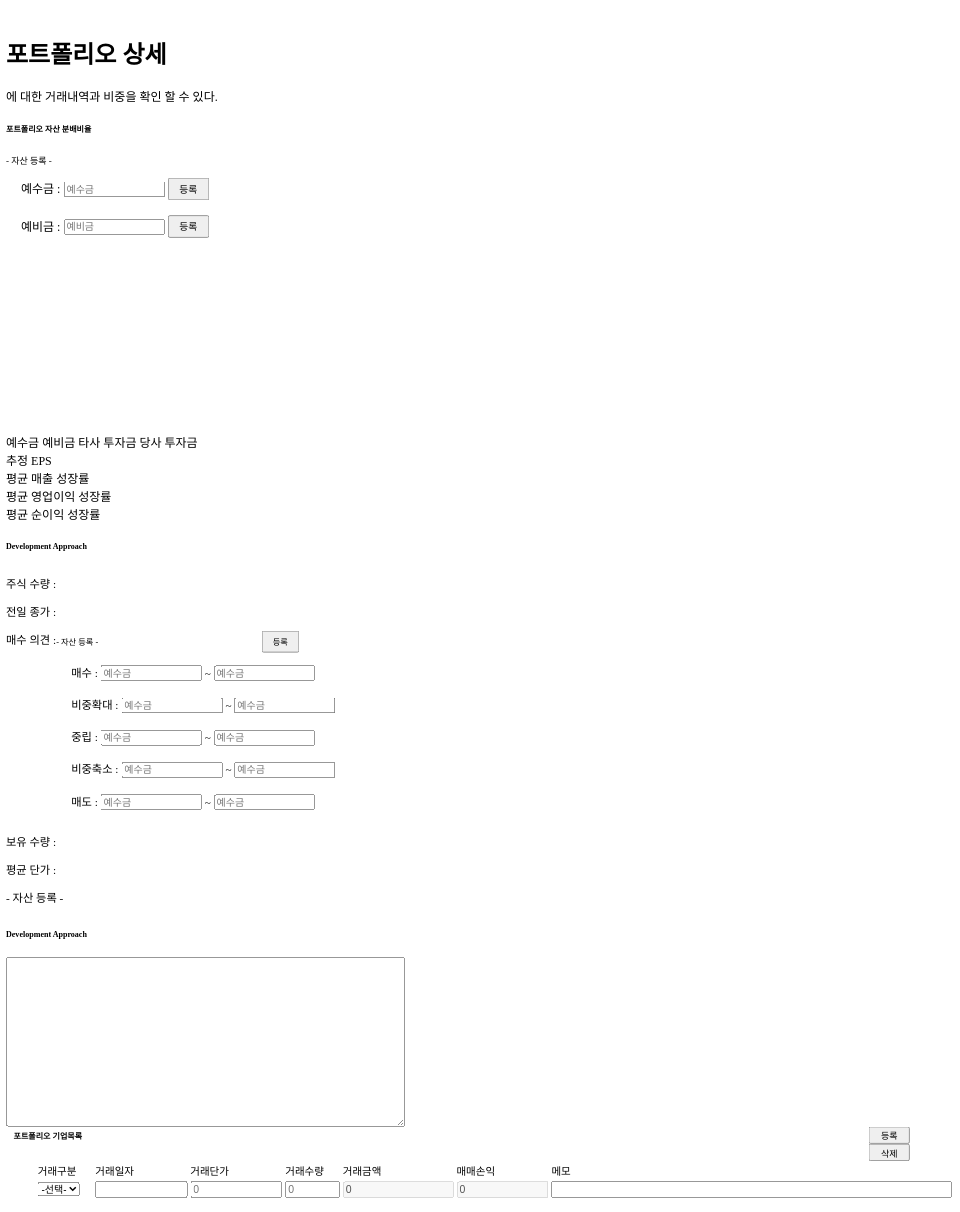
Repository: bangProgram/PJT_Finance
Page: http://localhost/Finance/WEB-INF/views/portfolio/portfolioDetail.jsp
These files come from the project's save history. The page is drawn as it stood at one moment and after the next save; the edit follows.
The browser window is 1280 px wide. The pictures show the whole page, at 75% of full size.
The page is served by Tomcat 9. Nobody is signed in. The template is opened directly, without the code that normally fills it, so the values that code supplies are empty.

Above is the page before, as saved 2022-11-17 06:36:07.

After the next save:
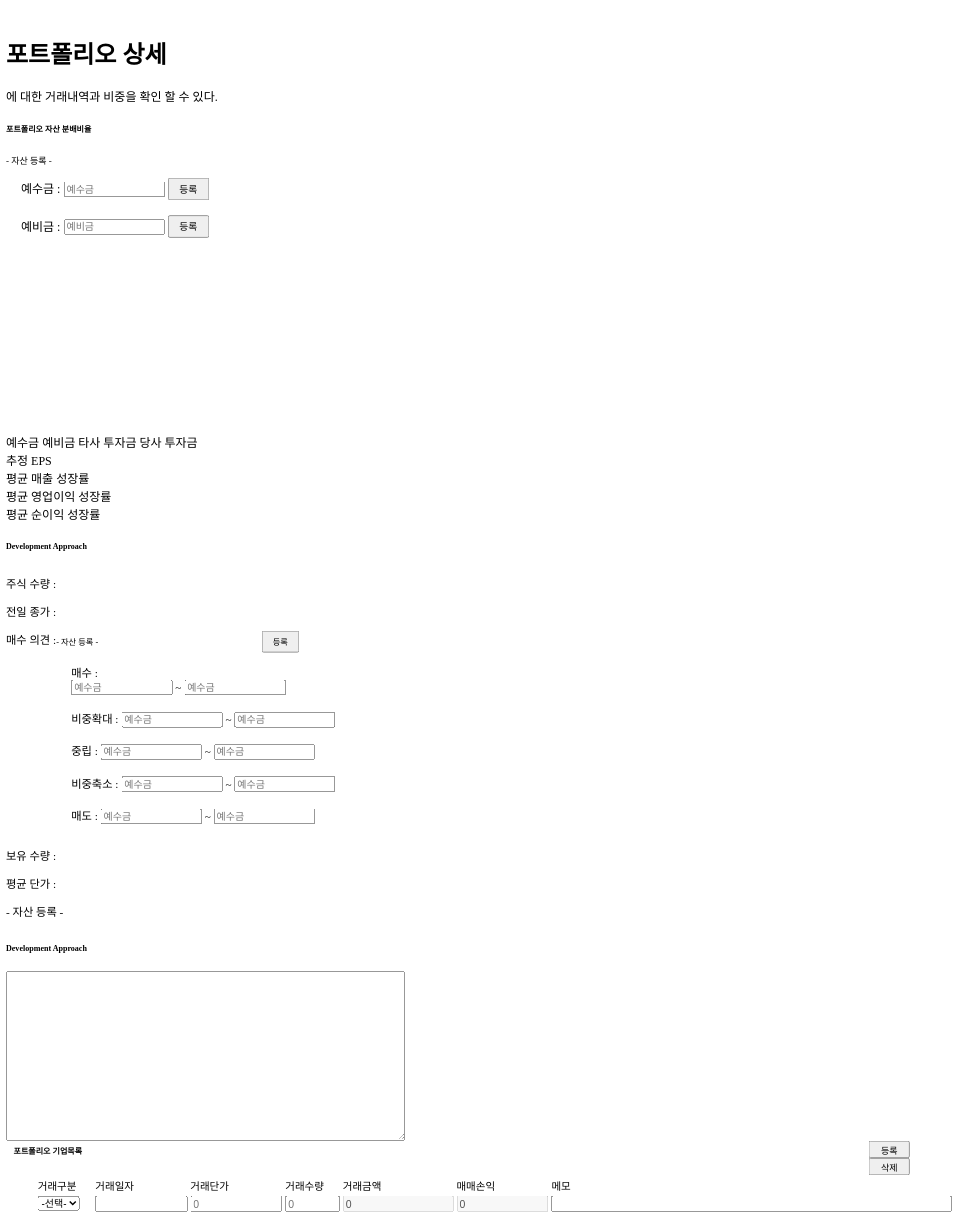
Saved 50 s later.
--- a/Finance/src/main/webapp/WEB-INF/views/portfolio/portfolioDetail.jsp
+++ b/Finance/src/main/webapp/WEB-INF/views/portfolio/portfolioDetail.jsp
@@ -236,9 +236,13 @@
 			                    <div class="dropdown-divider"></div>
 			                    <div style="padding: 5px 10px 5px 10px;">
 				                    <div class="dropdown-item" style="padding: 10px 10px 10px 10px;">
+				                    	<div>
 					                    매수 :
+					                    </div>
+					                    <div>
 					                    <input type="text" name="DEPOSIT_AMOUNT" id="DEPOSIT_AMOUNT" style="width : 135px;" value="" title="예수금" placeholder="예수금"> ~
 					                    <input type="text" name="DEPOSIT_AMOUNT" id="DEPOSIT_AMOUNT" style="width : 135px;" value="" title="예수금" placeholder="예수금">
+					                    </div>
 				                    </div>
 				                    <div class="dropdown-divider"></div>
 				                    <div class="dropdown-item" style="padding: 10px 10px 10px 10px;">

After the 2 saves that followed:
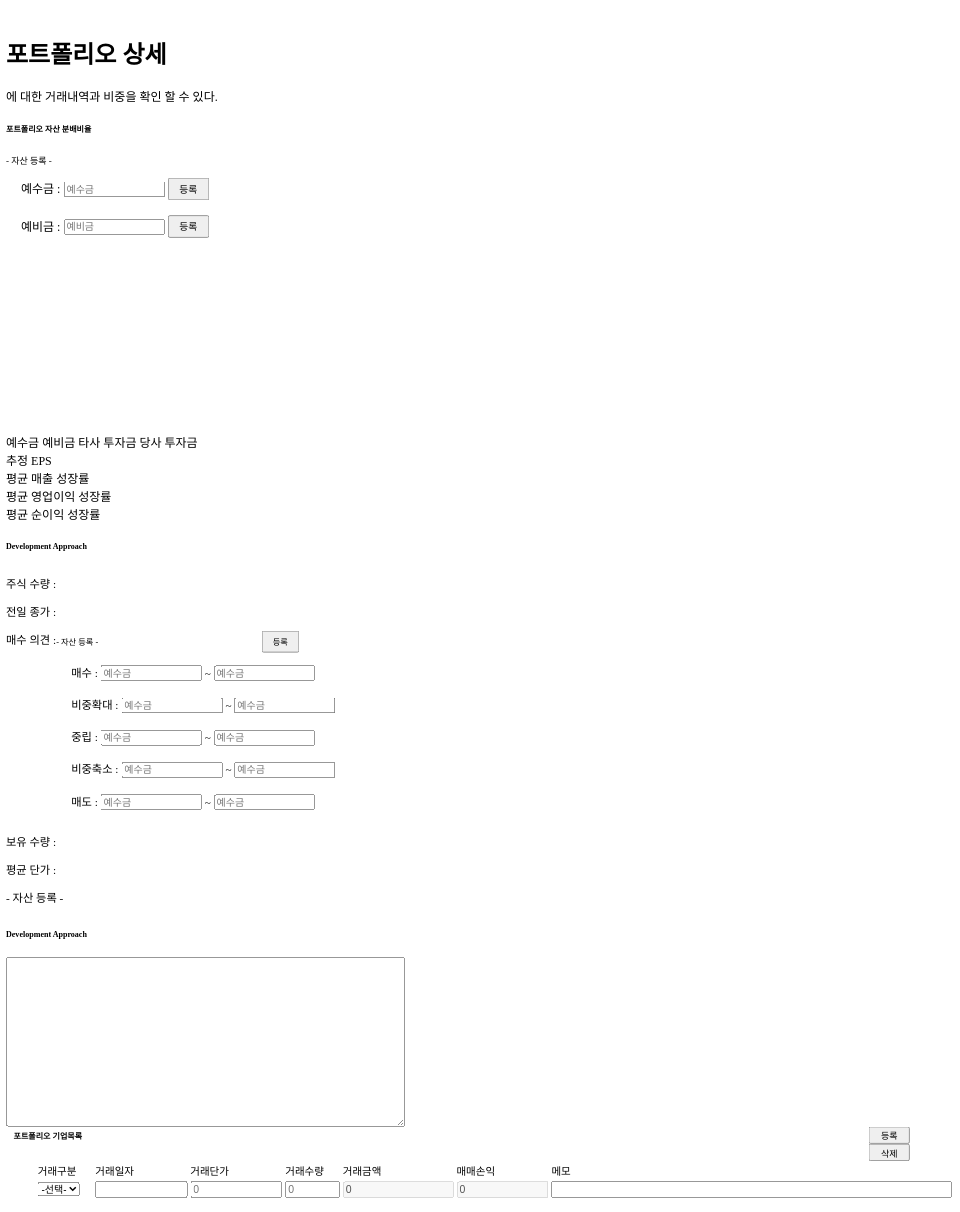
The 2 saves are shown as one change because 1 left the picture as it was.
The last was saved 3 min 25 s later.
--- a/Finance/src/main/webapp/WEB-INF/views/portfolio/portfolioDetail.jsp
+++ b/Finance/src/main/webapp/WEB-INF/views/portfolio/portfolioDetail.jsp
@@ -236,13 +236,9 @@
 			                    <div class="dropdown-divider"></div>
 			                    <div style="padding: 5px 10px 5px 10px;">
 				                    <div class="dropdown-item" style="padding: 10px 10px 10px 10px;">
-				                    	<div>
 					                    매수 :
-					                    </div>
-					                    <div>
 					                    <input type="text" name="DEPOSIT_AMOUNT" id="DEPOSIT_AMOUNT" style="width : 135px;" value="" title="예수금" placeholder="예수금"> ~
 					                    <input type="text" name="DEPOSIT_AMOUNT" id="DEPOSIT_AMOUNT" style="width : 135px;" value="" title="예수금" placeholder="예수금">
-					                    </div>
 				                    </div>
 				                    <div class="dropdown-divider"></div>
 				                    <div class="dropdown-item" style="padding: 10px 10px 10px 10px;">
